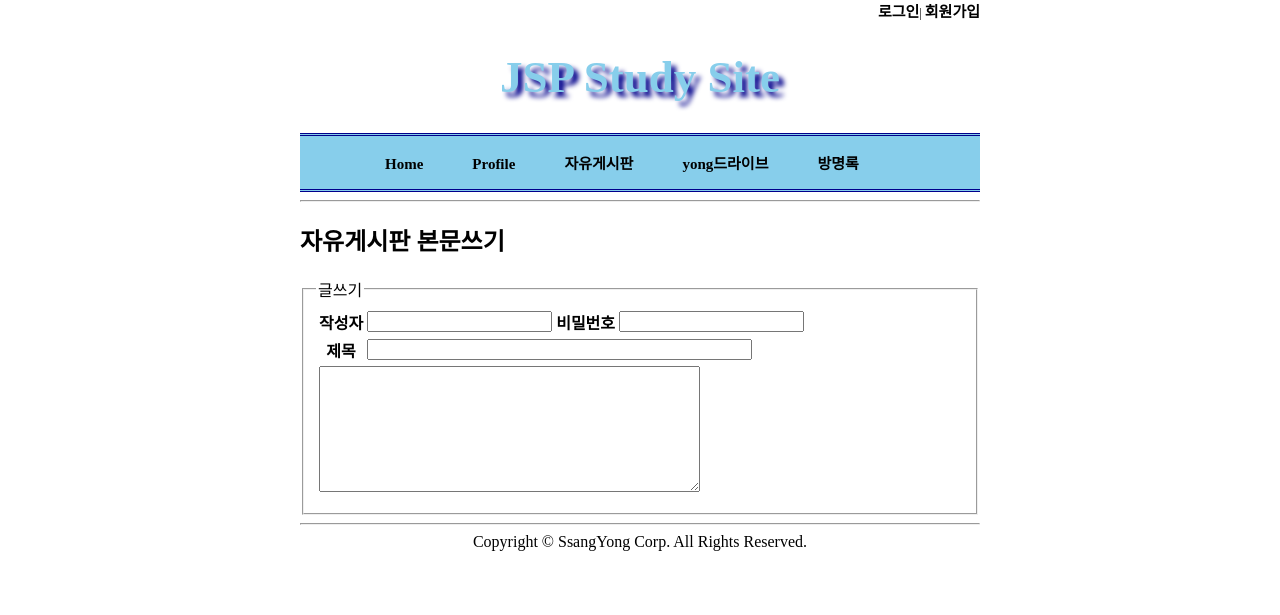
Repository: Rege-97/test
Page: http://localhost/myweb/bbs/bbsWrite.jsp
The author's editor kept a copy of each file at every save. The page is drawn from the files as they stood at one save, then again after the next save.
The browser window is 1280 px wide. The pictures show the whole page.
The page is served by Tomcat 9.

Above is the page before, as saved 2025-03-24 00:46:44.

After the next save:
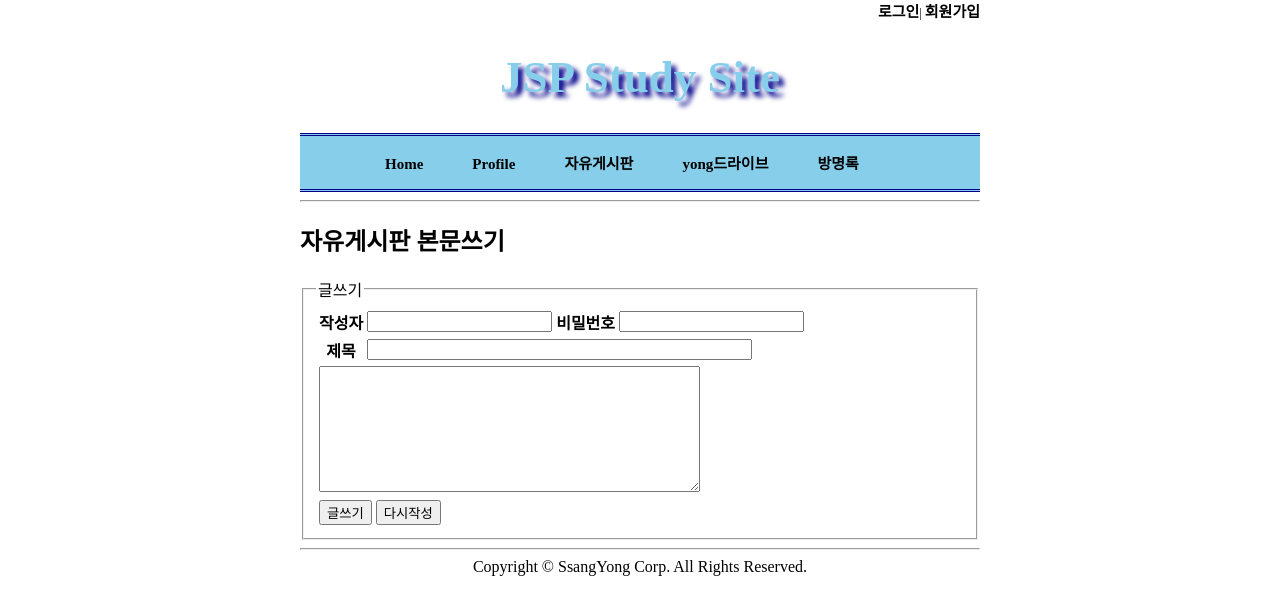
Saved 67 s later.
--- a/myweb/src/main/webapp/bbs/bbsWrite.jsp
+++ b/myweb/src/main/webapp/bbs/bbsWrite.jsp
@@ -37,7 +37,10 @@
 							</td>
 						</tr>
 						<tr>
-						<td></td>
+						<td colspan="4">
+						<input type="submit" value="글쓰기">
+						<input type="reset" value="다시작성">
+						</td>
 
 						</tr>
 					</table>
